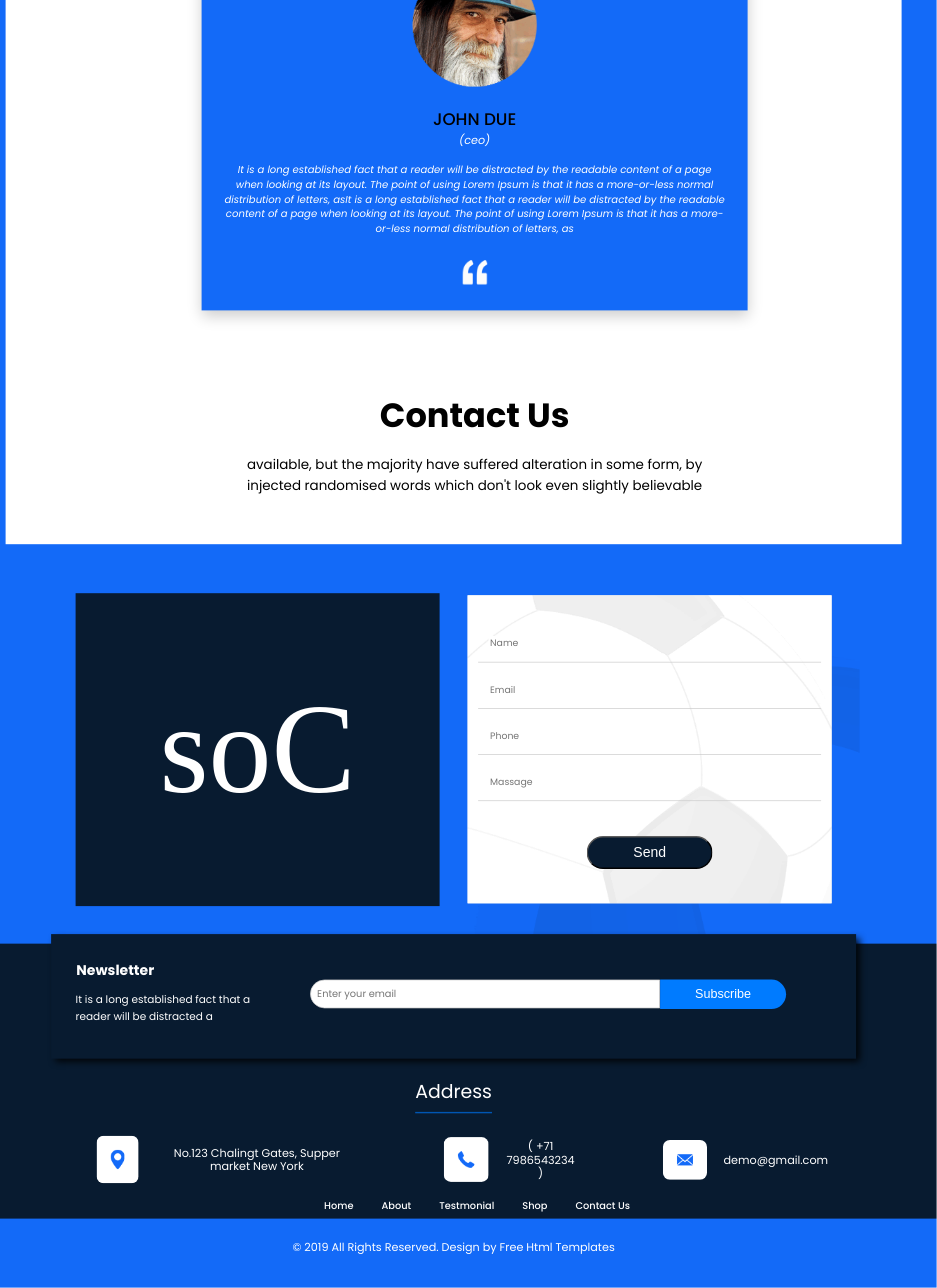
Repository: Vinicius9922/Projeto-Web
Page: index.html
An editor plug-in stored every save of this project. The page is shown before and after a run of saves, followed by the edit.
The browser window is 1280 px wide. The page is 1338 px wide, so the pictures cover 1338 px, including what lies to the right of the window. The pictures show the part of the page from y = 3068 to 4908 px (the page is 4908 px tall before and 4896 px after), at 70% of full size.

Above is the page before, as saved 2024-12-14 13:21:00.

### index.html
<!DOCTYPE html>
<html>

<head>
    <meta charset="UTF-8">
    <meta name="viewport" content="width=device-width, initial-scale=1.0">
    <link rel="stylesheet" href="index.css">
    <link rel="preconnect" href="https://fonts.googleapis.com">
    <link rel="preconnect" href="https://fonts.gstatic.com" crossorigin>
    <link
        href="https://fonts.googleapis.com/css2?family=Lora:ital,wght@0,400..700;1,400..700&family=Poppins:ital,wght@0,100;0,200;0,300;0,400;0,500;0,600;0,700;0,800;0,900;1,100;1,200;1,300;1,400;1,500;1,600;1,700;1,800;1,900&display=swap"
        rel="stylesheet">
    <title>Index</title>
</head>

<body class="main-layout">
    <header>
        <div class="header">
            <div class="container">
                <div class="logo"><img src="img/logo.png" alt="logo"></div>
                <div class="navBar">
                    <nav>
                        <ul class="menuNav">
                            <li>HOME</li>
                            <li>ABOUT</li>
                            <li>TESTMONIAL</li>
                            <li>SHOP</li>
                            <li>CONTACT US</li>
                            <li><img id="lupa" src="img/search_icon.png"></li>
                        </ul>
                    </nav>
                </div>
            </div>
        </div>
    </header>
    <section>
        <div class="container">
            <div class="carroussel">
                <div class="textCarroussel">
                    <h1>Welcome to <strong class="color">Our Shop</strong></h1>
                    <p>There are many variations of passages of Lorem Ipsum available, but the majority have
                        suffered
                        alteration in some form, by injected humour</p>
                    <button class="botao-carrossel">Buy Now</button>
                    <button class="botao-carrossel">About</button>
                </div>
            </div>
            <div class="img-carroussel">
                <div>
                    <figure><img id="img-carroussel" src="img/boksing-gloves.png" alt="img" /></figure>
                </div>
            </div>
        </div>
    </section>

    <div class="parte branca">
        <h1>Our <span>Products</span></h1>
        <p>There are many variations of passages of Lorem ipsum available, but the majority have suffered alteration in
            some form, by injected randomised words wich don't look even slightly believable</p>
    </div>

    <div class="container3">

        <div class="imagem1">
            <img src="img/basketball.png" alt="bola">
            <p>$<span class="valor">50</span></p>
            <p class="p1">Basket ball</p>
        </div>
        <div class="imagem2">
            <img src="img/t-shirt.png" alt="camiseta">
            <p>$<span class="valor">50</span></p>
            <p class="p1">T-shirt</p>
        </div>
        <div class="imagem3">
            <img src="img/game.png" alt="game">
            <p>$<span class="valor">50</span></p>
            <p class="p1">Game</p>
        </div>
        <div class="imagem4">
            <img src="img/basketball.png" alt="bola">
            <p>$<span class="valor">50</span></p>
            <p class="p1">Basket ball</p>
        </div>
        <div class="imagem5">
            <img src="img/t-shirt.png" alt="camiseta">
            <p>$<span class="valor">50</span></p>
            <p class="p1">T-shirt</p>
        </div>
        <div class="imagem6">
            <img src="img/game.png" alt="game">
            <p>$<span class="valor">50</span></p>
            <p class="p1">game</p>
        </div>

    </div>
    <div class="branca2">
        <h1> About <span>Us</span></h1>
        <p>There are many variations of passages of Lorem ipsum available, but the majority have suffered alteration in
            same form, by injected randomised words which dont´t look even slightly believable</p>
    </div>

    <div class="shield">
        <div class="texto-shield">
            <h1 class="textobranco">Best sports item shop our</h1>
            <p class="p2">There are many variations of passages of Lorem Ipsum available, but the majority have suffered
                alteration in some form, by injected randomised words which don't look even slightly believableThere are
                many variations of passages of Lorem Ipsum available, but the majority have suffered alteration in some
                form, by injected randomised words which don't look even slightly believable</p>

            <div class="btn_main">
                <a class="botao" href="#" role="button">Read More</a>
            </div>
        </div>
        <div class="child">
            <figure><img src="img/child-image.png">
            </figure>
        </div>
    </div>

    <!-- aaaaaaaaaaaaaaaaaaaa -->
    <div class="testimonial-contato">
        <div class="testominal">
            <h2> Testmonial</h2>
            <span>available, but the majority have suffered alteration in some form, by
                injected randomised words which don't look even slightly believable</span>
        </div>

        <div class="Jao">
            <div class="john_image"><img src="img/john-image.png"></div>
            <div class="john_text"><span class="name">JOHN DUE</span><span class="role">(ceo)</span></div>
            <p class="texto-generico">It is a long established fact that a reader will be distracted by the readable
                content of a page when looking at its layout. The point of using Lorem Ipsum is that it has a
                more-or-less normal distribution of letters, asIt is a long established fact that a reader will be
                distracted by the readable content of a page when looking at its layout. The point of using Lorem Ipsum
                is that it has a more-or-less normal distribution of letters, as </p>
            <div class="icon_image"><img src="img/icon-1.png"></div>
        </div>

        <div class="Contato">
            <h2><span class="contact">Contact</span><span class="us"> Us</span></h2>
            <span class="contact-text">available, but the majority have suffered alteration in some form, by
                injected randomised words which don't look even slightly believable</span>
        </div>
    </div>


    <!-- aaaaaaaaaaaaaaaaaaaa -->



    <div class="container2">
        <div class="formulario">
            <div class="box-left">
                <div class="soc">soC</div>
            </div>
            <div class="box-right">
                <form>
                    <div class="grupo-form">
                        <input type="text" class="form" placeholder="Name" name="Name">
                    </div>
                    <div class="grupo-form">
                        <input type="email" class="form" placeholder="Email" name="Email">
                    </div>
                    <div class="grupo-form">
                        <input type="text" class="form" placeholder="Phone" name="Phone">
                    </div>
                    <div class="grupo-form">
                        <input type="text" class="form" placeholder="Massage" name="mensagem">
                    </div>
                    <div class="send-button">
                        <button type="submit" class="botao-env">Send</button>
                    </div>
                </form>
            </div>
        </div>
        <div class="box-down">
            <div class="text-news">
                <h2 class="Newsletter">Newsletter</h2>
                <p class="text-newsletter">It is a long established fact that a reader will be distracted a</p>
            </div>
            <div class="email-news">
                <input type="email" class="news-email" placeholder="Enter your email" name="Email">
            </div>
            <div class="Subscribe">
                <button class="subs-button" type="Subscribe">Subscribe</button>
            </div>
        </div>

        <div class="footer">
            <div>
                <div>
                    <div>
                        <div class="titulo">
                            <h2 class="titulo_texto">Address</h2>
                        </div>
                    </div>
                </div>
            </div>
            <div class="endereco">
                <div>
                    <div class="icones">
                        <div class="site_info">
                            <div class="img-icon">
                                <span class="info_icon"><img src="img/map-icon.png" /></span>
                            </div>
                            <span>No.123 Chalingt Gates, Supper market New York</span>
                        </div>
                    </div>
                    <div class="icones">
                        <div class="site_info">
                            <div class="img-icon">
                                <span class="info_icon"><img src="img/phone-icon.png" /></span>
                            </div>
                            <span>( +71 7986543234 )</span>
                        </div>
                    </div>
                    <div class="icones">
                        <div class="site_info">
                            <div class="img-icon">
                                <span class="info_icon"><img src="img/email-icon.png" /></span>
                            </div>
                            <span>demo@gmail.com</span>
                        </div>
                    </div>
                </div>
            </div>

            <div class="menu_main">
                <div class="menu_text">
                    <ul>
                        <li>Home</li>
                        <li>About</li>
                        <li>Testmonial</li>
                        <li>Shop</li>
                        <li>Contact Us</li>
                    </ul>
                </div>
            </div>
        </div>
        <div class="last-info">
            <div class="trademark">
                <p>© 2019 All Rights Reserved. Design by Free Html Templates</p>
            </div>
        </div>
    </div>

</body>

</html>

### index.css
@import url('https://fonts.googleapis.com/css2?family=Lora:ital,wght@0,400..700;1,400..700&family=Poppins:ital,wght@0,100;0,200;0,300;0,400;0,500;0,600;0,700;0,800;0,900;1,100;1,200;1,300;1,400;1,500;1,600;1,700;1,800;1,900&display=swap');

body {
    width: 100%;
    font-family: Poppins, normal;
    background-color: #136af8;
    background: linear-gradient(to bottom, #136af8 90%, #081b30 90%, #081b30 98%, #136af8 98% );
}

header {
    background-color: #136af8;
    padding: 0px;
}

.container {
    display: flex;
    align-items: center;
    justify-content: space-between;
    margin: 40px 200px;
}

li:hover {
    text-decoration: underline;
    cursor: pointer;
    font-weight: bolder;
}

ul {
    color: white;
    list-style-type: none;
    display: flex;
    margin: 0;
    padding: 0;
    gap: 40px;
    font-weight: 500;
}

#lupa {
    margin-left: 20px;
}

.logo {
    margin-left: 60px;
}

section {
    background-color: #136af8;
    display: flex;
}

.textCarroussel {
    text-align: left;
    margin-left: 60px;
    padding-left: 15px;
}

.textCarroussel p,
strong {
    color: white;
}

.color {
    font-weight: bolder;
}

.textCarroussel h1 {
    font-family: Poppins;
    font-weight: bold;
    font-size: 65px;
    line-height: 74px;
    color: #081b30;
}

.textCarroussel p {
    font-size: 16px;
}

button {
    min-width: 180px;
    color: white;
    background-color: #081b30;
    padding: 10px 50px;
    border-radius: 30px;
    display: inline-block;
    font-size: 20px;
    margin-top: 40px;
    cursor: pointer;
}

button:hover {
    background-color: #032b58;
}

button+button {
    margin-left: 15px;
}

#img-carroussel {
    max-width: 110%;
    height: auto;
    display: block;
}


.parte.branca {
    background-color: white;
    text-align: center;
    padding: 40px 280px;
}

.parte.branca h1 {
    font-size: 50px;
    color: black;
    text-align: left;
    font-weight: 800;
    margin: 5px;
}

.parte.branca h1 span {
    color: #0072ff;

}

.parte.branca p {
    font-size: 18px;
    margin-top: 10px;
    text-align: left;
    font-weight: 400;
    margin: 5px;
}

/* Grade de produtos */
.container3 {
    display: grid;
    grid-template-columns: repeat(3, 1fr);
    gap: 20px;
    column-gap: 30px;
    padding-left: 250px;
    padding-right: 250px;
    padding-top: 40px;
    padding-bottom: 40px;
    background-color: #001f3f;
}


.container3 div {
    text-align: center;
    background-color: white;
    padding: 20px;
    box-shadow: 0 5px 10px rgba(0, 0, 0, 0.1);
}

.container3 img {
    width: 300px;
    height: 300px;
    margin-bottom: 10px;
}

.container3 div .valor {
    margin: 5px 0;
    font-size: 26px;
    color: #0072ff
}

.container3 div p {
    font-size: 26px;
    color: black;
    margin: 3px;
}

/* Sessão "About Us" */
.branca2 {
    background-color: white;
    text-align: left;
    padding: 40px 280px;
}

.branca2 h1 {
    font-size: 50px;
    color: black;
    text-align: left;
    font-weight: 800;
    margin: 5px;
}

.branca2 h1 span {
    color: #0072ff;
}

.branca2 p {
    font-size: 18px;
    margin-top: 10px;
    text-align: left;
    font-weight: 400;
    margin: 5px;
}

/* Sessão "Best sports item shop our" */
.shield {
    display: flex;
    justify-content: space-between;
    align-items: center;
    background-color: #0072ff;
    color: white;
    padding-left: 200px;
    padding-right: 200px;
    gap: 20px;
}

.texto-shield {
    text-align: left;
}

.shield h1 {
    font-size: 35px;
    color: rgb(255, 255, 255);
    text-align: left;
    font-weight: 700;
    margin: 5px;
}

.shield .p2 {
    font-size: 16px;
    margin-top: 10px;
    text-align: left;
    font-weight: 300;
    margin-bottom: 50px;
}

.btn_main .botao {
    text-decoration: none;
    background-color: black;
    color: white;
    padding: 10px 20px;
    border-radius: 30px;
    font-size: 17px;
    transition: 0.5s ease, color 0.4s ease 0.1s;
}

.botao:hover {
    background-color: #fbfbfb;
    color: black;
}

.child {
    margin: 0px;
}

.child img {
    height: 500px;
    width: 500px;
    display: flex;
    border: 15px solid #fff;
}

/* aaaaaaaaaaaaaaaaaaaaaaaaaaaaa */



.testimonial-contato {
    background-color: white;
    text-align: center;
    padding: 40px 280px;
 }


.testimonial {
    text-align: center;
    padding: 50px;
    color: white;
    width: 100%;
    border-radius: 10px;
    margin-bottom: 30px;
}

.testominal h2 {
    font-size:2.5em;
    margin-bottom: 20px;

}

.testimonial span {
    font-size: 1.2em;
    color: #f0f0f0;
}

.Jao {
    display: flex;
    flex-direction: column;
    align-items: center;
    margin-top: 30px;
    background-color: #136af8; /* Blue background */
    padding: 30px;
    box-shadow: 0px 8px 20px rgba(0, 0, 0, 0.2);
    color: white;
    width: 100%;
    margin-bottom: 30px;
}

.john_image img {
    width: 180px;
    height: 180px;
    border-radius: 50%;
    margin-bottom: 20px;
}

.john_text .name {
    font-size: 1.5em;
    color:black;
    font-weight: 500;
}

.john_text .role {
    font-style: italic;
    font-size: 1.0em;
    display:block;
}

.texto-generico {
    font-size: 0.9em;
    color: #fff;
    text-align: center;
    font-style: italic;
    margin-top: 20px;
}

.icon_image img {
    width: 35px;
    height: 35px;
    margin-top: 20px;
}

.Contato {
    text-align: center;
    margin-top: 50px;
    padding: 30px;
    width: 100%;
    border-radius: 10px;
}

.Contato h2 {
    font-size: 2.5em;
    margin-bottom: 20px;
}

.Contato span {
    font-size: 1.2em;

}












.container2 {
    display: flex;
    align-items: center;
    justify-content: space-between;
    margin: 30px 100px;
    flex-direction: column;
}

.formulario {
    flex: auto;
    display: flex;
    justify-content: space-between;
    align-items: center;
    border-radius: 10px;
    padding: 40px;
    justify-content: center;
    gap: 40px;
    background-image: url('img/contact-banner.png');
}

.grupo-form {
    width: 100%;
    padding: 15px;
    margin-bottom: 10px;
    border-bottom: 1px solid #ccc;
}

form {
    display: flex;
    flex-direction: column;
    align-items: center;
    width: 460px;
    height: 360px;
}

.form {
    border: none;
    width: 100px;
    margin: 0px;
}

.box-left {
    background-color: #081b30;
    color: white;
    text-align: center;
    font-family: apple;
    font-size: 180px;
    padding: 10% 10%;
    padding: 120px;
}

.box-right {
    height: auto;
    background-color: #f2f2f2;
    background-image: url('img/boll_bg.png');
    padding: 40px 30px;
}

.box-left,
.box-right {
    width: 50%;
}

input {
    border: none;
    outline: none;
    width: 100%;
}

input,
textarea {
    font-family: Poppins, normal;
    color: #a4a0a0;
    width: 100%;
}

.box-down {
    display: flex;
    align-items: row;
    background-color: #081b30;
    color: white;
    width: 1150px;
    box-shadow: 5px 5px 10px 0 rgba(0, 0, 0, 0.9);
}

.text-news {
    display: flex;
    flex-direction: column;
    max-width: 300px;
    padding-left: 35px;
    font-size: 12px;
    padding: 35px;
}

.Newsletter {
    margin: 1px;
    font-size: 20px;
}

.text-newsletter {
    font-size: 15px;
}

.email-news {
    display: flex;
    align-items: center;
    height: 172px;
}

.Subscribe {
    display: flex;
    align-items: center;
    height: 132px;
}

.news-email {
    padding: 9px;
    font-size: 14px;
    border: 1px solid #ccc;
    border-radius: 25px 0 0 25px;
    width: 500px;
    height: 41px;
    box-sizing: border-box;
}

.subs-button {
    font-size: 18px;
    color: white;
    background-color: #007BFF;
    border: none;
    border-radius: 0 25px 25px 0;
    cursor: pointer;
    height: 42px;

}

.subs-button:hover {
    background-color: #0056b3;
}


.footer{
    font-size: 18px;
    margin-top: 10px;
    text-align: center;
    font-weight: 400;
    margin: 5px;
}

.titulo_texto{
    color:white;
    text-decoration-line: underline;
    text-decoration-color: #0056b3;
    text-underline-offset: 20px;
    font-weight:400;
}

.endereco > div {
    display: flex;
    gap: 100px;
    align-items: center;
}

.icones {
    display: flex;
    align-items: center;
    gap: 10px;
    color:white;
}

.info_icon img {
    width: auto;
    height: auto;
    background-color:white;
    border-radius: 10px;
    padding: 20px;
    display: block;
}

.site_info {
    display: flex;
    align-items: center;
}

.site_info span {
    line-height: 1.2;
    font-size: 16px;

}
.img-icon {
    display: flex;
    align-items: center;
    justify-content: center;
    width: 50px;
    height: 50px;
    background-color: white;
    border-radius: 10px;
    margin:30px;
}

.menu_text ul{
    font-size: 14px;
    text-align: center;
    padding:0px 00px 0px 350px;
    align-items:center;
    margin-bottom: 15px;
}

.menu_text li:hover{
    color:#0072ff;
    cursor: pointer;
    text-decoration:none;
}
.trademark{
   color:white;
   align-items:center;
   margin-top: 15px;
}

After the next 2 saves:
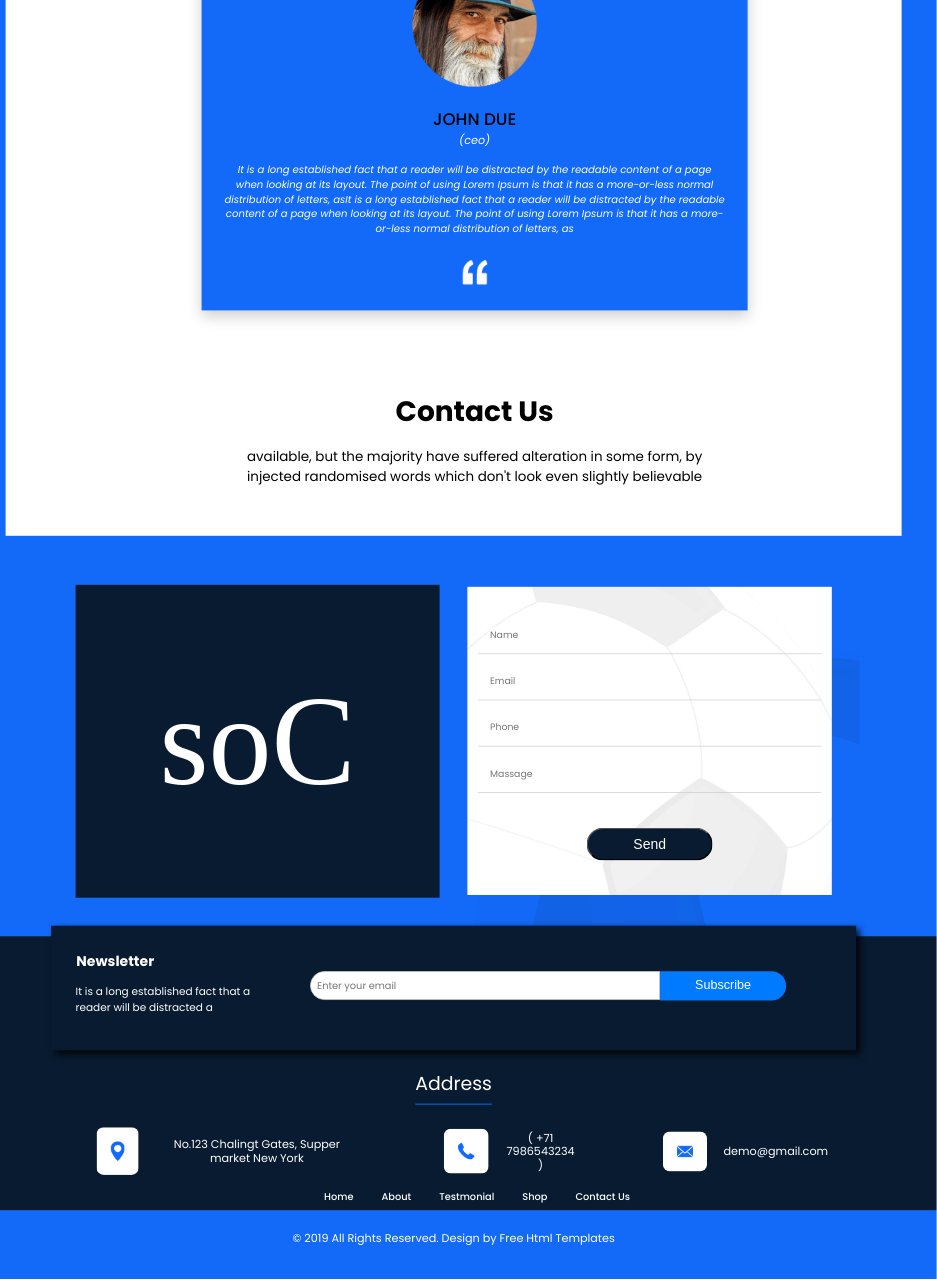
The 2 saves are shown as one change because they came seconds apart.
The last was saved 11 s later.
--- a/index.css
+++ b/index.css
@@ -343,7 +343,7 @@
     margin-bottom: 20px;
 }
 
-.Contato span {
+.Contato .contact-text {
     font-size: 1.2em;
 
 }
